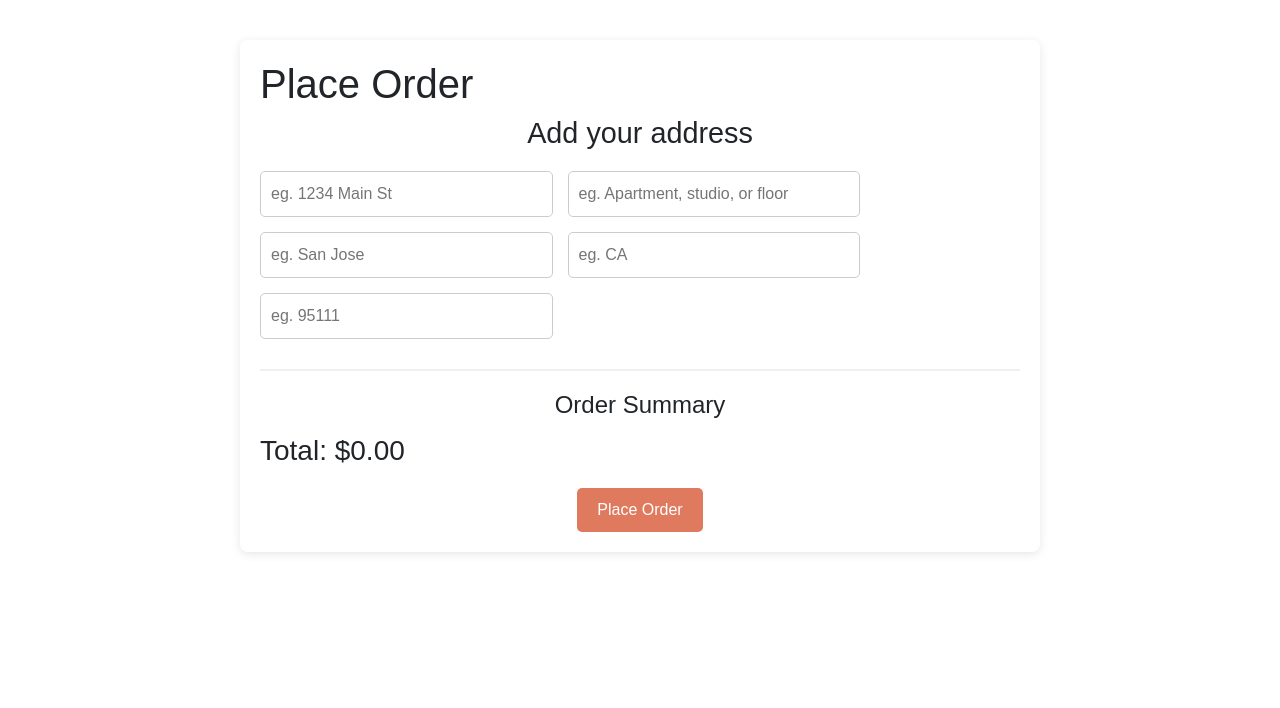
Repository: chelseajaculina/lab2-uber-eats
Page: /order (app in frontend/)
These files come from the project's save history. The page is drawn as it stood at one moment and after the next save; the edit follows.
The browser window is 1280 px wide. The pictures show the whole page.
The page's requests for data from a server got no answer. The project was rebuilt for these pictures with package versions that can differ from the ones it lists, and the page was loaded fresh each time. No one was signed in, and anything a server would have sent is missing. Also part of the build but not shown: frontend/src/components/Home.css, frontend/src/components/Logout.css, frontend/src/components/Logout.js, frontend/src/components/CartModal.css, frontend/src/components/CartModal.js, frontend/src/components/NavBarHome.js, frontend/src/components/Home.js, frontend/src/components/CustomerSignUp.js and 25 more.

Above is the page before, as saved 2024-11-21 19:00:56.

After the next save:
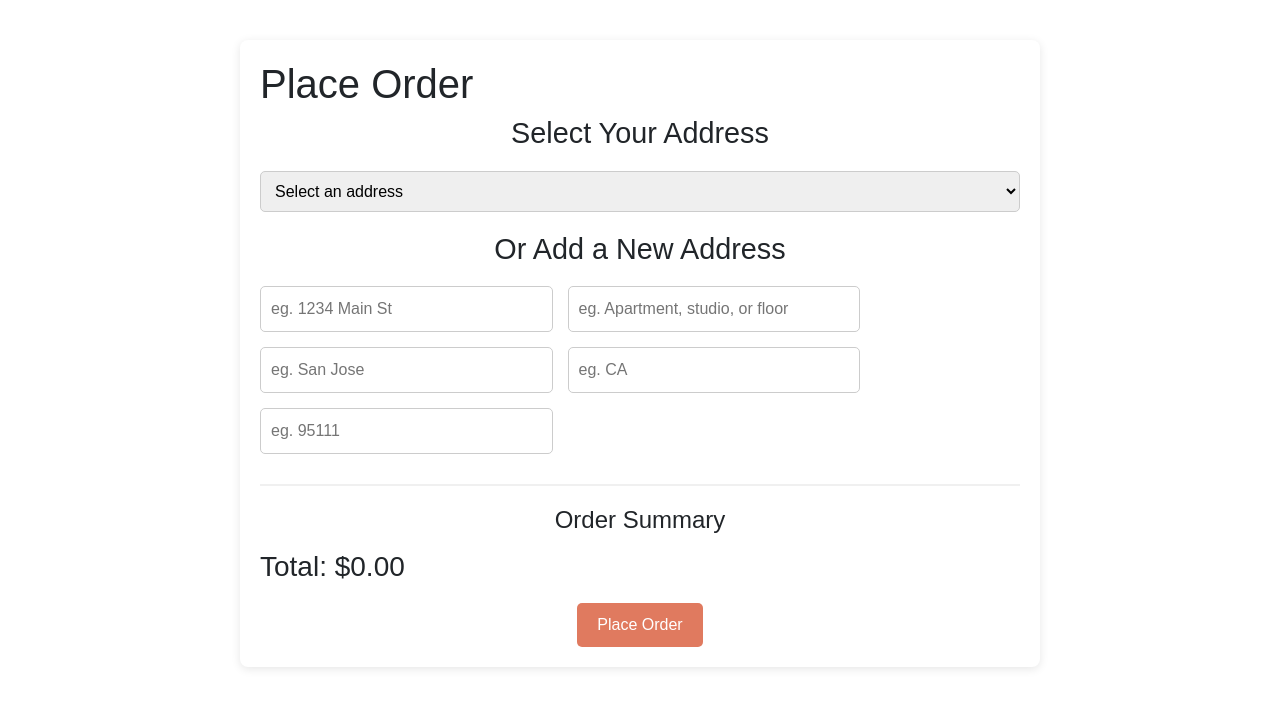
Saved 25 h 51 min later.
--- a/frontend/src/components/OrderPage.js
+++ b/frontend/src/components/OrderPage.js
@@ -12,7 +12,7 @@ const OrderPage = () => {
   const [isOrderPlaced, setIsOrderPlaced] = useState(false);
 
   // Extract the restaurant name from the cart
-  const restaurantName = cart[0]?.restaurant_name || '';
+  const restaurantId = cart[0]?.restaurant_id || ''; // Assuming you have `restaurant_id` in the cart items
 
   const calculateTotal = () =>
     cart.reduce((total, item) => total + (parseFloat(item.price) || 0) * item.quantity, 0).toFixed(2);
@@ -42,16 +42,56 @@ const OrderPage = () => {
     fetchAddresses();
   }, []);
 
-  const handlePlaceOrder = () => {
-    setTimeout(() => {
-      setIsOrderPlaced(true);
-    }, 1000);
+  const handlePlaceOrder = async () => {
+    try {
+      const orderItems = cart.map((item) => ({
+        dish_id: item.id, // Assuming each item has `id` as the dish ID
+        quantity: item.quantity,
+      }));
+
+      const response = await fetch('/api/orders/create/', {
+        method: 'POST',
+        headers: {
+          'Content-Type': 'application/json',
+          Authorization: `Bearer ${localStorage.getItem('token')}`,
+        },
+        body: JSON.stringify({
+          restaurant_id: restaurantId,
+          address: selectedAddress,
+          items: orderItems,
+          total: calculateTotal(),
+        }),
+      });
+
+      if (response.ok) {
+        setIsOrderPlaced(true);
+      } else {
+        console.error('Failed to place the order');
+      }
+    } catch (error) {
+      console.error('Error placing the order:', error);
+    }
   };
 
   return (
     <div className="order-page">
       <h1>Place Order</h1>
-      <h2>Add your address</h2>
+      <h2>Select Your Address</h2>
+      <select
+        value={selectedAddress}
+        onChange={(e) => setSelectedAddress(e.target.value)}
+        className="address-dropdown"
+      >
+        <option value="" disabled>
+          Select an address
+        </option>
+        {addresses.map((address, index) => (
+          <option key={index} value={address.id}>
+            {address.street}, {address.city}, {address.state}, {address.zipcode}
+          </option>
+        ))}
+      </select>
+      <h2>Or Add a New Address</h2>
       <form className="new-address-form">
         <input type="text" name="street" placeholder="eg. 1234 Main St" />
         <input type="text" name="apartment" placeholder="eg. Apartment, studio, or floor" />
@@ -70,7 +110,11 @@ const OrderPage = () => {
         ))}
         <h3>Total: ${calculateTotal()}</h3>
         {!isOrderPlaced && (
-          <button className="place-order-button" onClick={handlePlaceOrder}>
+          <button
+            className="place-order-button"
+            onClick={handlePlaceOrder}
+            disabled={!selectedAddress}
+          >
             Place Order
           </button>
         )}
